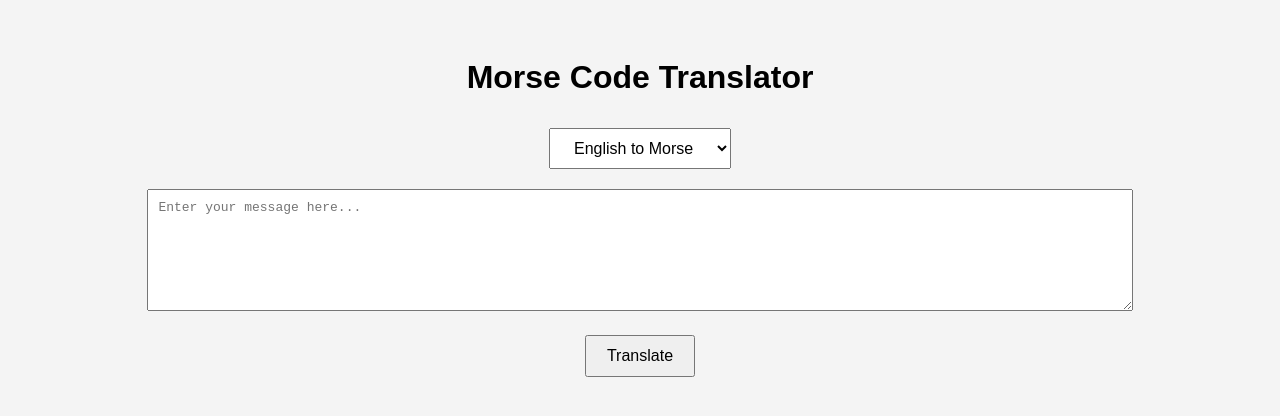
Repository: asandan8106/Morse_-Code_translator
Page: translator.html
These files come from the project's save history. The page is drawn as it stood at one moment and after the next save; the edit follows.
The browser window is 1280 px wide. The pictures show the whole page.

Above is the page before, as saved 2025-05-26 11:19:47.

After the next save:
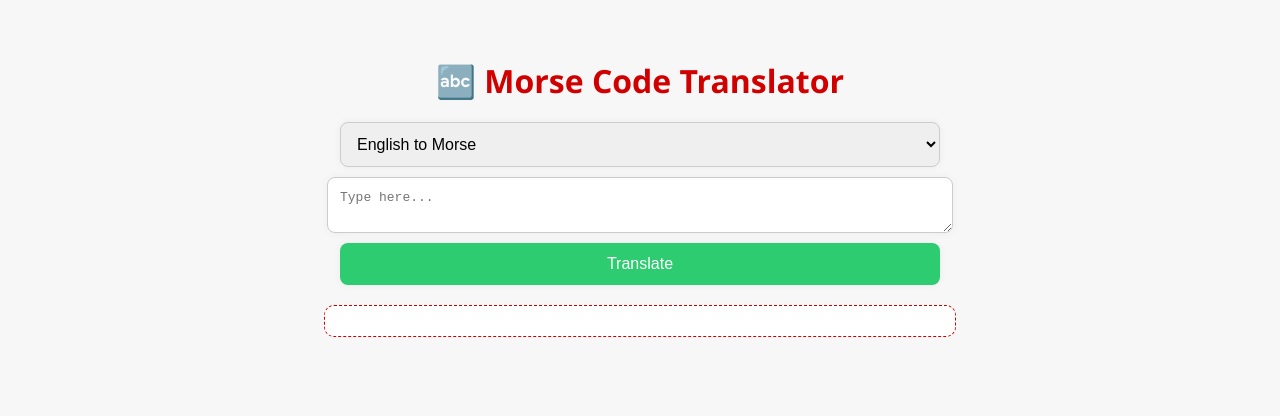
Saved 4 min 51 s later.
--- a/translator.html
+++ b/translator.html
@@ -5,44 +5,75 @@
   <meta name="viewport" content="width=device-width, initial-scale=1.0"/>
   <title>Morse Code Translator</title>
   <style>
+    :root {
+      --red: #d10000;       /* Absa Red */
+      --green: #2ecc71;     /* Money Green */
+      --gray: #f7f7f7;      /* Background */
+      --black: #222;        /* Text */
+      --accent: #f8d7da;    /* Light red/pinkish */
+    }
+
     body {
-      font-family: Arial, sans-serif;
-      background: #f4f4f4;
+      font-family: 'Segoe UI', sans-serif;
+      background: var(--gray);
       padding: 30px;
       text-align: center;
+      color: var(--black);
     }
-    textarea {
+
+    h1 {
+      color: var(--red);
+      margin-bottom: 20px;
+    }
+
+    select, textarea, button {
       width: 80%;
-      height: 100px;
-      margin: 10px 0;
-      padding: 10px;
+      max-width: 600px;
+      margin: 10px auto;
+      padding: 12px;
       font-size: 1em;
+      border-radius: 8px;
+      border: 1px solid #ccc;
+      box-shadow: 0 0 8px rgba(0,0,0,0.05);
+      display: block;
     }
-    select, button {
-      padding: 10px 20px;
-      font-size: 1em;
-      margin: 10px;
+
+    button {
+      background: var(--green);
+      color: white;
+      border: none;
+      cursor: pointer;
+      transition: background 0.3s;
     }
+
+    button:hover {
+      background: #27ae60;
+    }
+
     #output {
       margin-top: 20px;
+      padding: 15px;
+      background: white;
+      border: 1px dashed var(--red);
       font-weight: bold;
+      border-radius: 10px;
+      max-width: 600px;
+      margin-left: auto;
+      margin-right: auto;
       white-space: pre-wrap;
     }
   </style>
 </head>
 <body>
 
-  <h1>Morse Code Translator</h1>
+  <h1>🔤 Morse Code Translator</h1>
 
   <select id="mode">
     <option value="toMorse">English to Morse</option>
     <option value="fromMorse">Morse to English</option>
   </select>
 
-  <br/>
-
-  <textarea id="input" placeholder="Enter your message here..."></textarea>
-  <br/>
+  <textarea id="input" placeholder="Type here..."></textarea>
 
   <button onclick="translate()">Translate</button>
 
